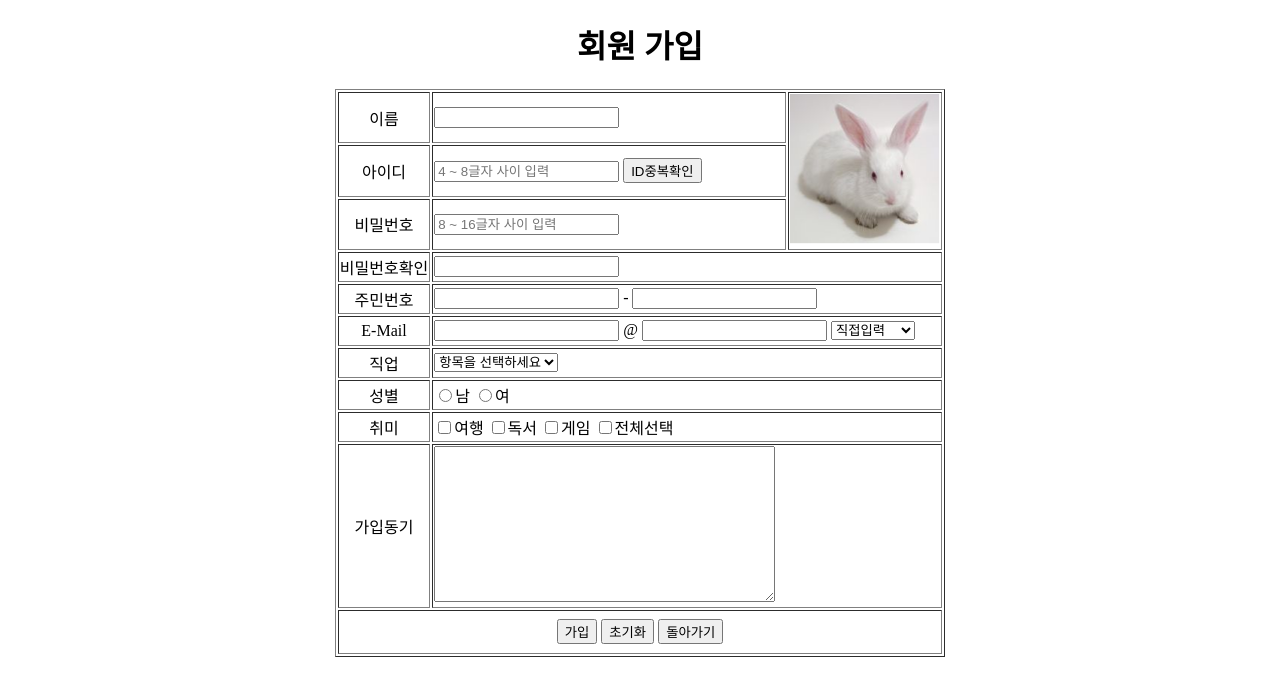
Repository: KimMinseooo/itwillStudy
Page: BACKEND/JSP/workspace_jsp/StudyHTML/src/main/webapp/1025/final_exam.html
An editor plug-in stored every save of this project. The page is shown before and after the next save, followed by the edit.
The browser window is 1280 px wide. The pictures show the whole page.

Above is the page before, as saved 2024-10-25 05:59:08.

### BACKEND/JSP/workspace_jsp/StudyHTML/src/main/webapp/1025/final_exam.html
<!DOCTYPE html>
<html>
<head>
<meta charset="UTF-8">
<title>Insert title here</title>
</head>
<body>
	<h1 align="center">회원 가입</h1>

		<table border="1" align="center">
			<form>

			<tr height="30">
				<td align="center">이름</td>
				<td width="350">

				<input type="text">
				</td>
				<td rowspan="3" width="150" height="150">
				<img alt="" src="../rabbit.png" width="150" height="150">
				</td>
			</tr>
			<tr height="30">
			<td align="center">아이디</td>
			<td>
				<input placeholder="4 ~ 8글자 사이 입력">
				<input type="button" value="ID중복확인">
			</td>
			</tr>
			<tr height="30">
			<td align="center">비밀번호</td>
			<td>
				<input placeholder="8 ~ 16글자 사이 입력">
			</td>
			</tr>
			<tr height="30">
			<td align="center">비밀번호확인</td>
			<td colspan="2">
				<input type="text">
			</td>
			</tr>
			<tr height="30">
			<td align="center">주민번호</td>
			<td colspan="2">
				<input type="text" width="100" height="30"> - <input type="text" width="100">
			</td>
			</tr>
			<tr height="30">
			<td align="center">E-Mail</td>
			<td colspan="2">
				<input type="text"> @ <input type="text">
				<select>
					<option>직접입력</option>
					<option>naver.com</option>
					<option>gmail.com</option>
					<option>nate.com</option>
				</select>
			</td>
			</tr>

			<tr height="30">
			<td align="center">직업</td>
			<td colspan="2">
				<select>
					<option>항목을 선택하세요</option>
					<option>개발자</option>
					<option>DB엔지니어</option>
				</select>
			</td>
			</tr>
			<tr height="30">
			<td align="center">성별</td>
			<td colspan="2">
				<input type="radio" name="gender" id= "male"><label for="male">남</label>
				<input type="radio" name="gender" id= "female"><label for="female">여</label>
			</td>
			</tr>

			<tr height="30">
			<td align="center">취미</td>
			<td colspan="2">
				<input type="checkbox" name="hobby" id="hobby1"><label for="hobby1">여행</label>
				<input type="checkbox" name="hobby" id="hobby1"><label for="hobby2">독서</label>
				<input type="checkbox" name="hobby" id="hobby1"><label for="hobby3">게임</label>
				<input type="checkbox" name="hobby"><label>전체선택</label>

			</td>
			</tr>
			<tr height="30">
			<td align="center">가입동기</td>
			<td colspan="2">
				<textarea rows="10" cols="40" ></textarea>
			</td>
			</tr>
			<tr height="30">
			<td colspan="3" width="200" height="40" align="center">
				<input type="button" value="가입">
				<input type="reset" value="초기화">
				<input type="button" value="돌아가기">
			</td>
			</tr>
			</form>
		</table>

</body>
</html>

After the next save:
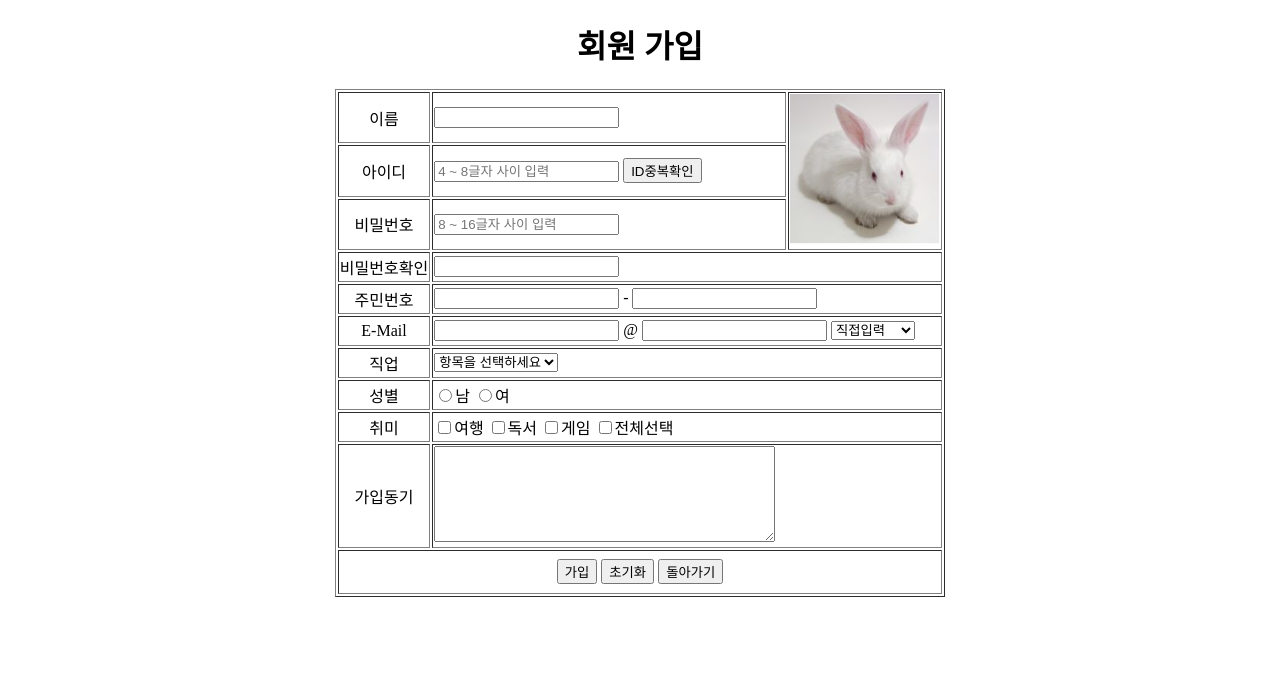
Saved 50 s later.
--- a/BACKEND/JSP/workspace_jsp/StudyHTML/src/main/webapp/1025/final_exam.html
+++ b/BACKEND/JSP/workspace_jsp/StudyHTML/src/main/webapp/1025/final_exam.html
@@ -89,7 +89,7 @@
 			<tr height="30">
 			<td align="center">가입동기</td>
 			<td colspan="2">
-				<textarea rows="10" cols="40" ></textarea>
+				<textarea rows="6" cols="40" ></textarea>
 			</td>
 			</tr>
 			<tr height="30">
